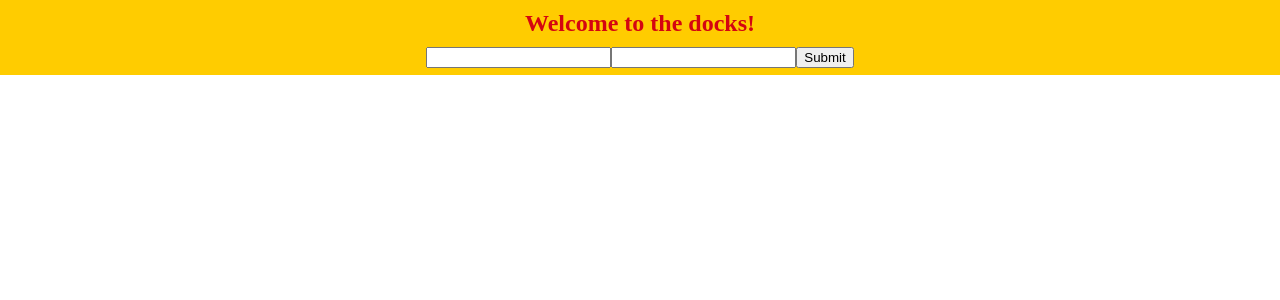
Repository: charliejp0311/java-final-proj
Page: dockWalk-frontend/index.html
The author's editor kept a copy of each file at every save. The page is drawn from the files as they stood at one save, then again after the next save.
The browser window is 1280 px wide. The pictures show the whole page.
The page's requests for data from a server got no answer.

Above is the page before, as saved 2020-09-02 10:16:45.

After the next save:
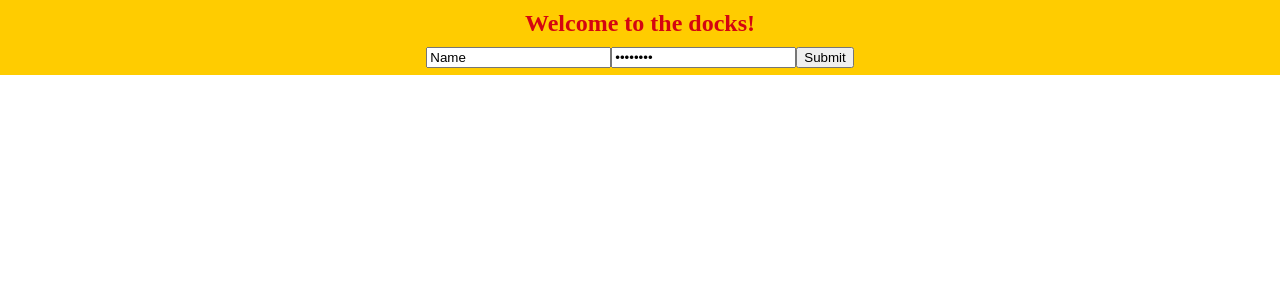
Saved 25 s later.
--- a/dockWalk-frontend/src/user.js
+++ b/dockWalk-frontend/src/user.js
@@ -14,10 +14,12 @@
     let submit = document.createElement('input')
     name.type = 'text'
     name.id = 'Name'
+    name.value = 'Name'
     frm.appendChild(name)
     // frm.innerHTML += '<br>'
     pass.type = 'password'
     pass.id = 'Password'
+    pass.value = 'Password'
     frm.appendChild(pass)
     // frm.innerHTML += '<br>'
     submit.type = 'submit'

After the save that followed:
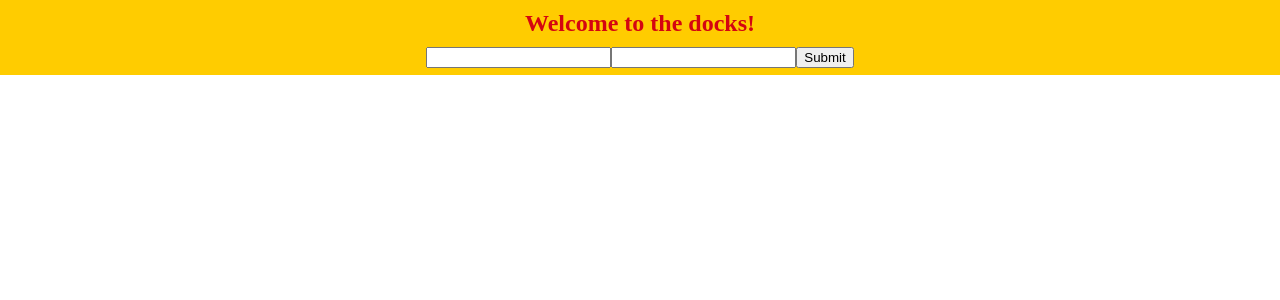
Saved 34 s later.
--- a/dockWalk-frontend/src/user.js
+++ b/dockWalk-frontend/src/user.js
@@ -14,12 +14,10 @@
     let submit = document.createElement('input')
     name.type = 'text'
     name.id = 'Name'
-    name.value = 'Name'
     frm.appendChild(name)
     // frm.innerHTML += '<br>'
     pass.type = 'password'
     pass.id = 'Password'
-    pass.value = 'Password'
     frm.appendChild(pass)
     // frm.innerHTML += '<br>'
     submit.type = 'submit'
